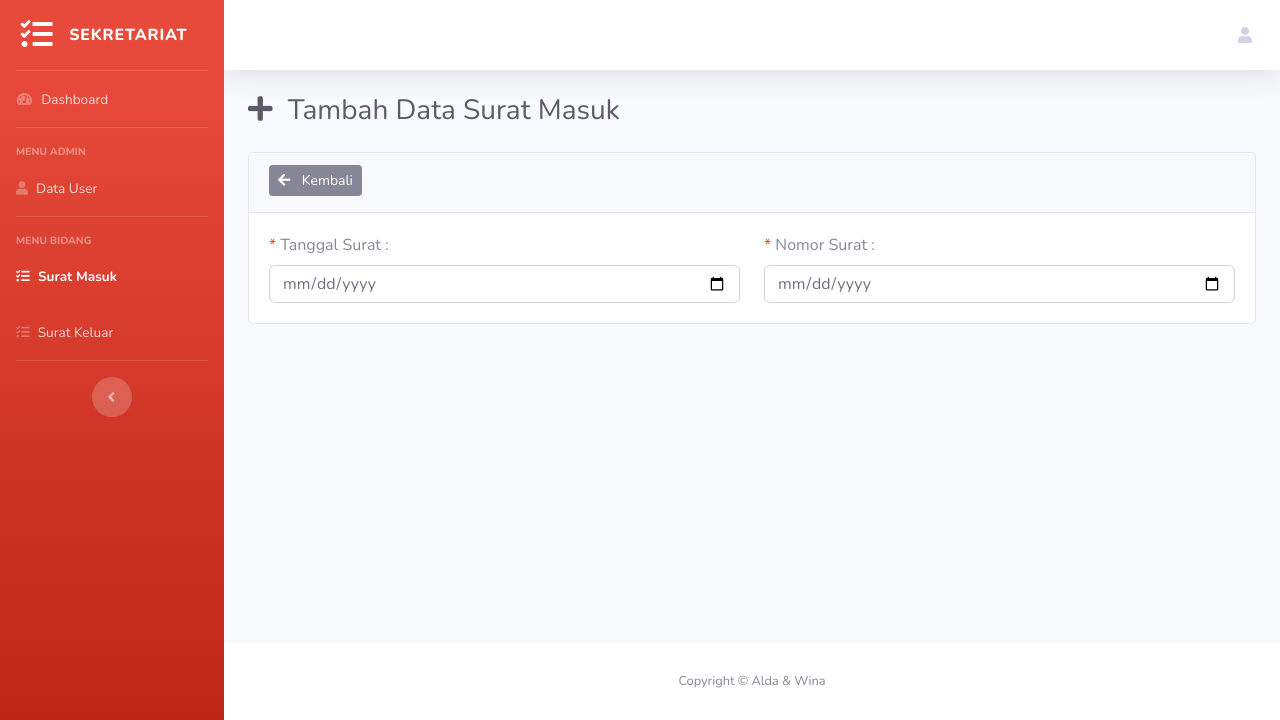
Repository: aldasamrotulfuadah/projek-PKL
Page: http://localhost/suratmasuk/create
These files come from the project's save history. The page is drawn as it stood at one moment and after the next save; the edit follows.
The browser window is 1280 px wide. The pictures show the whole page.
The page is served by the project's Laravel application, run on PHP 8.4 with Laravel 12. A made-up administrator, Test User (test@example.com), is signed in. Other server files are loaded and not shown.

Above is the page before, as saved 2026-03-12 11:01:36.

### routes/web.php
<?php

use App\Http\Controllers\AuthController;
use App\Http\Controllers\DashboardController;
use App\Http\Controllers\SuratKeluarController;
use App\Http\Controllers\SuratMasukController;
use App\Http\Controllers\UserController;
use Illuminate\Support\Facades\Route;




Route::get('/', function () {
    return view('welcome');
})->name('welcome');

// Login
Route::get('/login', [AuthController::class, 'login'])->name('login');
Route::post('/login', [AuthController::class, 'loginProses'])->name('loginProses');

//user
Route::get('/user', [UserController::class, 'user'])->name('user');
Route::get('/user/create', [UserController::class, 'create'])->name('userCreate');
Route::post('/user/store', [UserController::class, 'store'])->name('userStore');
Route::get('/user/edit/{id}', [UserController::class, 'edit'])->name('userEdit');
Route::post('/user/update/{id}', [UserController::class, 'update'])->name('userUpdate');
Route::delete('/user/destroy/{id}', [UserController::class, 'destroy'])->name('userDestroy');

// Logout
Route::get('/logout', [AuthController::class, 'logout'])->name('logout');

Route::middleware('checkLogin')->group(function(){
    // Dashboard
    Route::get('/dashboard', [DashboardController::class, 'index'])->name('dashboard');
    // Surat Masuk
    Route::get('/suratmasuk', [SuratMasukController::class, 'index'])->name('suratmasuk');
    Route::get('/suratmasuk/create', [SuratMasukController::class, 'create'])->name('suratmasukCreate');


    // Surat Keluar
    Route::get('/suratkeluar', [SuratKeluarController::class, 'index'])->name('suratkeluar');

});

### app/Models/User.php
<?php

namespace App\Models;

// use Illuminate\Contracts\Auth\MustVerifyEmail;
use Illuminate\Database\Eloquent\Factories\HasFactory;
use Illuminate\Foundation\Auth\User as Authenticatable;
use Illuminate\Notifications\Notifiable;

class User extends Authenticatable
{
    use HasFactory, Notifiable;

    /**
     * The attributes that are mass assignable.
     *
     * @var array<int, string>
     */
    protected $fillable = [
        'nama',
        'email',
        'Jabatan',
        'is_tugas',
        'password',
    ];

    /**
     * The attributes that should be hidden for serialization.
     *
     * @var array<int, string>
     */
    protected $hidden = [
        'password',
        'remember_token',
    ];

    /**
     * Get the attributes that should be cast.
     *
     * @return array<string, string>
     */
    protected function casts(): array
    {
        return [
            'email_verified_at' => 'datetime',
            'password' => 'hashed',
        ];
    }
}

### app/Http/Controllers/SuratMasukController.php
<?php

namespace App\Http\Controllers;

use App\Models\SuratMasuk;
use Illuminate\Http\Request;

class SuratMasukController extends Controller
{
    public function index(){
        $data = array(
            'title'   => 'Data Surat Masuk',
            'menuSuratMasuk'   => 'active',
            'suratmasuk'   => suratmasuk::get(),
        );
        return view('suratm/suratmasuk',$data);
    }

    public function create(){
        $data = array(
            'title'   => 'Tambah Data Surat Masuk',
            'menuSuratMasuk'   => 'active',
        );
        return view('suratm/create',$data);
    }

}

### resources/views/suratm/create.blade.php
@extends('layouts/app')

@section('content')

    <h1 class="h3 mb-4 text-gray-800">
        <i class="fas fa-plus mr-2"></i>
       {{ $title }}
    </h1>


    <div class="card">
        <div class="card-header d-flex flex-wrap justify-content-center justify-content-xl-between">
            <div class="mb-1 mr-2">
                <a href="{{ route('suratmasuk') }}" class="btn btn-sm btn-secondary">
                    <i class="fas fa-arrow-left mr-2"></i>
                Kembali
                </a>
            </div>
        </div>
        <div class="card-body">
            <div class="row">
                <div class="col-6">
                    <label class="form-label">
                        <span class="text-danger">*</span>
                        Tanggal Surat :
                    </label>
                    <input type="date" name="tanggal" class="form-control">
                </div>
                <div class="col-6">
                    <label class="form-label">
                        <span class="text-danger">*</span>
                        Nomor Surat :
                    </label>
                    <input type="date" name="tanggal" class="form-control">
                </div>
            </div>
        </div>
    </div>



@endsection

### resources/views/layouts/app.blade.php
@include('layouts/header')

<body id="page-top">

    <!-- Page Wrapper -->
    <div id="wrapper">

@include('layouts/sidebar')

        <!-- Content Wrapper -->
        <div id="content-wrapper" class="d-flex flex-column">

            <!-- Main Content -->
            <div id="content">

                <!-- Topbar -->
                <nav class="navbar navbar-expand navbar-light bg-white topbar mb-4 static-top shadow">

                    <!-- Sidebar Toggle (Topbar) -->
                    <button id="sidebarToggleTop" class="btn btn-link d-md-none rounded-circle mr-3">
                        <i class="fa fa-bars"></i>
                    </button>

                    <!-- Topbar Navbar -->
                    <ul class="navbar-nav ml-auto">

                        <!-- Nav Item - User Information -->
                        <li class="nav-item dropdown no-arrow">
                            <a class="nav-link dropdown-toggle" href="#" id="userDropdown" role="button"
                                data-toggle="dropdown" aria-haspopup="true" aria-expanded="false">
                                <span class="mr-2 d-none d-lg-inline text-gray-600 small">
                                    {{ auth()->user()->nama }}
                                </span>
                                <i class="fas fa-user"></i>
                            </a>
                            <!-- Dropdown - User Information -->
                            <div class="dropdown-menu dropdown-menu-right shadow animated--grow-in"
                                aria-labelledby="userDropdown">
                                <a class="dropdown-item" href="#">
                                    <div class="badge badge-secondary justify-content-center d-flex">
                                         {{ auth()->user()->Jabatan }}
                                    </div>
                                </a>
                                <a class="dropdown-item" href="#">
                                    <i class="fas fa-cogs fa-sm fa-fw mr-2 text-gray-400"></i>
                                    Pengaturan
                                </a>
                                <div class="dropdown-divider"></div>
                                <a class="dropdown-item" href="{{ route('logout') }}">
                                    <i class="fas fa-sign-out-alt fa-sm fa-fw mr-2 text-gray-400"></i>
                                    Logout
                                </a>
                            </div>
                        </li>

                    </ul>

                </nav>
                <!-- End of Topbar -->

                <!-- Begin Page Content -->
                <div class="container-fluid">

                    @yield('content')

                </div>
                <!-- /.container-fluid -->

            </div>
            <!-- End of Main Content -->

            <!-- Footer -->
            <footer class="sticky-footer bg-white">
                <div class="container my-auto">
                    <div class="copyright text-center my-auto">
                        <span>Copyright &copy; Alda & Wina</span>
                    </div>
                </div>
            </footer>
            <!-- End of Footer -->

        </div>
        <!-- End of Content Wrapper -->

    </div>
    <!-- End of Page Wrapper -->

    <!-- Scroll to Top Button-->
    <a class="scroll-to-top rounded" href="#page-top">
        <i class="fas fa-angle-up"></i>
    </a>

    <!-- Logout Modal-->
    <div class="modal fade" id="logoutModal" tabindex="-1" role="dialog" aria-labelledby="exampleModalLabel"
        aria-hidden="true">
        <div class="modal-dialog" role="document">
            <div class="modal-content">
                <div class="modal-header">
                    <h5 class="modal-title" id="exampleModalLabel">Ready to Leave?</h5>
                    <button class="close" type="button" data-dismiss="modal" aria-label="Close">
                        <span aria-hidden="true">×</span>
                    </button>
                </div>
                <div class="modal-body">Select "Logout" below if you are ready to end your current session.</div>
                <div class="modal-footer">
                    <button class="btn btn-secondary" type="button" data-dismiss="modal">Cancel</button>
                    <a class="btn btn-primary" href="login.html">Logout</a>
                </div>
            </div>
        </div>
    </div>

@include('layouts/footer')

### resources/views/layouts/header.blade.php
<!DOCTYPE html>
<html lang="en">

<head>

    <meta charset="utf-8">
    <meta http-equiv="X-UA-Compatible" content="IE=edge">
    <meta name="viewport" content="width=device-width, initial-scale=1, shrink-to-fit=no">
    <meta name="description" content="">
    <meta name="author" content="">

    <title>Masuk.in | Dashboard {{ $title }}</title>

    <!-- Custom fonts for this template-->
    <link href="{{ asset('sbadmin2/vendor/fontawesome-free/css/all.min.css') }}" rel="stylesheet" type="text/css">
    <link href="https://fonts.googleapis.com/css?family=Nunito:200,200i,300,300i,400,400i,600,600i,700,700i,800,800i,900,900i"
        rel="stylesheet">

    <!-- Custom styles for this template-->
    <link href="{{ asset('sbadmin2/css/sb-admin-2.min.css') }}" rel="stylesheet">
     <link href="{{ asset('sbadmin2/vendor/datatables/dataTables.bootstrap4.min.css') }}" rel="stylesheet">

</head>

### resources/views/layouts/sidebar.blade.php
        <!-- Sidebar -->
        <ul class="navbar-nav bg-gradient-danger sidebar sidebar-dark accordion" id="accordionSidebar">

            <!-- Sidebar - Brand -->
            <a class="sidebar-brand d-flex align-items-center justify-content-center" href="index.html">
                <div class="sidebar-brand-icon">
                    <i class="fas fa-tasks"></i>
                </div>
                <div class="sidebar-brand-text mx-3">Sekretariat</div>
            </a>

            <!-- Divider -->
            <hr class="sidebar-divider my-0">

            <!-- Nav Item - Dashboard -->
            <li class="nav-item {{ $menuDashboard ?? '' }}">
                <a class="nav-link" href="{{ route('dashboard') }}">
                    <i class="fas fa-fw fa-tachometer-alt"></i>
                    <span>Dashboard</span></a>
            </li>

            <!-- Divider -->
            <hr class="sidebar-divider">

            <!-- Heading -->
            <div class="sidebar-heading">
                Menu Admin
            </div>

            <!-- Nav Item - Charts -->
            <li class="nav-item {{ $menuAdminUser ?? '' }}">
                <a class="nav-link" href="{{ route('user') }}">
                    <i class="fas fa-user"></i>
                    <span>Data User</span></a>

                    <!-- Divider -->
                    <hr class="sidebar-divider">

                <div class="sidebar-heading">
                    Menu Bidang
                </div>
                <!-- Nav Item - Charts -->
                <li class="nav-item {{ $menuSuratMasuk ?? '' }}">
                    <a class="nav-link" href="{{ route('suratmasuk') }}">
                        <i class="fas fa-tasks"></i>
                        <span>Surat Masuk</span></a>
                </li>

                <!-- Nav Item - Tables -->
                <li class="nav-item {{ $menuSuratKeluar ?? '' }}">
                    <a class="nav-link" href="{{ route('suratkeluar') }}">
                        <i class="fas fa-tasks"></i>
                        <span>Surat Keluar</span></a>
                </li>

                <!-- Divider -->
                <hr class="sidebar-divider d-none d-md-block">

                <!-- Sidebar Toggler (Sidebar) -->
                <div class="text-center d-none d-md-inline">
                    <button class="rounded-circle border-0" id="sidebarToggle"></button>
                </div>
            </ul>
        <!-- End of Sidebar -->

### resources/views/layouts/footer.blade.php
<script src="{{ asset('sbadmin2/vendor/jquery/jquery.min.js') }}"></script>
    <script src="{{ asset('sbadmin2/vendor/bootstrap/js/bootstrap.bundle.min.js') }}"></script>
    <script src="{{ asset('sbadmin2/vendor/jquery-easing/jquery.easing.min.js') }}"></script>
    <script src="{{ asset('sbadmin2/js/sb-admin-2.min.js') }}"></script>

    <script src="{{ asset('sbadmin2/vendor/datatables/jquery.dataTables.min.js') }}"></script>
    <script src="{{ asset('sbadmin2/vendor/datatables/dataTables.bootstrap4.min.js') }}"></script>
    <script src="{{ asset('sbadmin2/js/demo/datatables-demo.js') }}"></script>
    <script src="{{ asset('sweetalert2/dist/sweetalert2.all.min.js') }}"></script>

     @session('success')
        <script>
        Swal.fire({
            title: "Sukses",
            text: "{{ session('success') }}",
            icon: "success"
        });
    </script>
    @endsession

    @session('error')
        <script>
        Swal.fire({
            title: "Gagal",
            text: "{{ session('error') }}",
            icon: "gagal"
        });
    </script>
    @endsession


</body>

</html>

Loaded but not shown: app/Http/Controllers/Controller.php (common file); public/sbadmin2/css/sb-admin-2.min.css (library); public/sbadmin2/js/sb-admin-2.min.js (common file); public/sbadmin2/js/demo/datatables-demo.js (common file); public/sweetalert2/dist/sweetalert2.all.min.js (library)

After the next save:
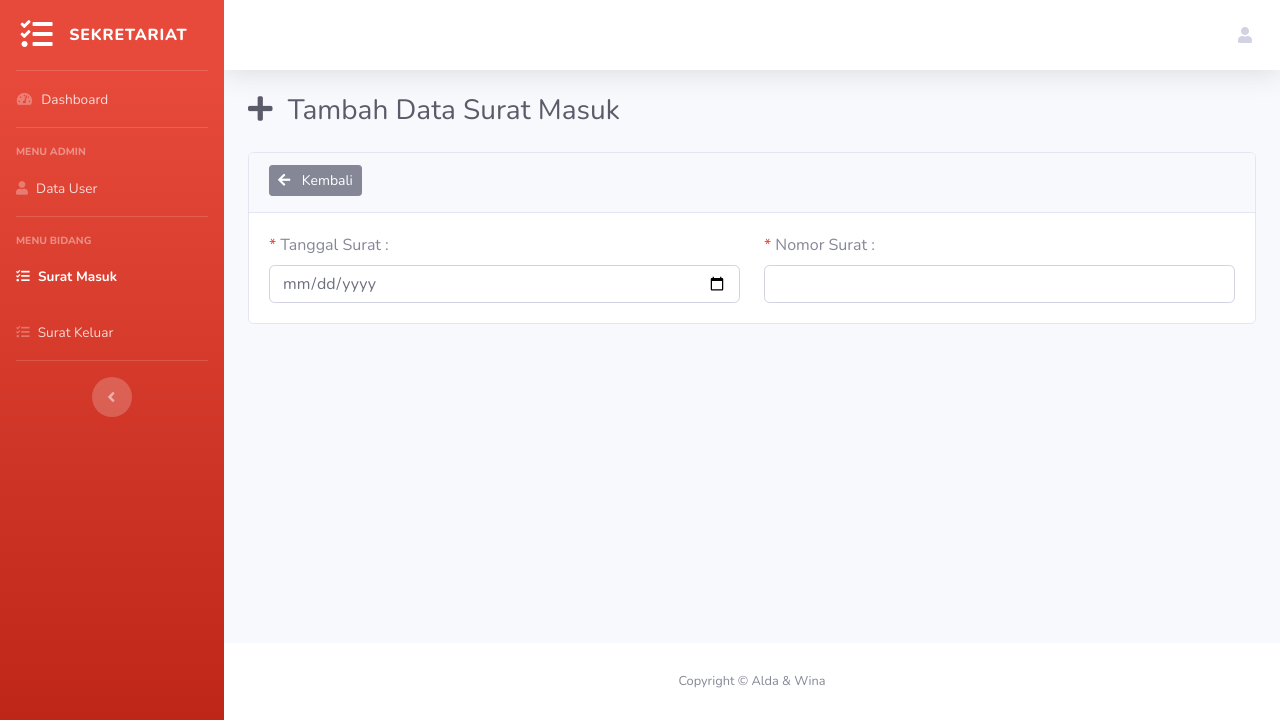
Saved 10 s later.
--- a/resources/views/suratm/create.blade.php
+++ b/resources/views/suratm/create.blade.php
@@ -31,7 +31,7 @@
                         <span class="text-danger">*</span>
                         Nomor Surat :
                     </label>
-                    <input type="date" name="tanggal" class="form-control">
+                    <input type="text" name="tanggal" class="form-control">
                 </div>
             </div>
         </div>
